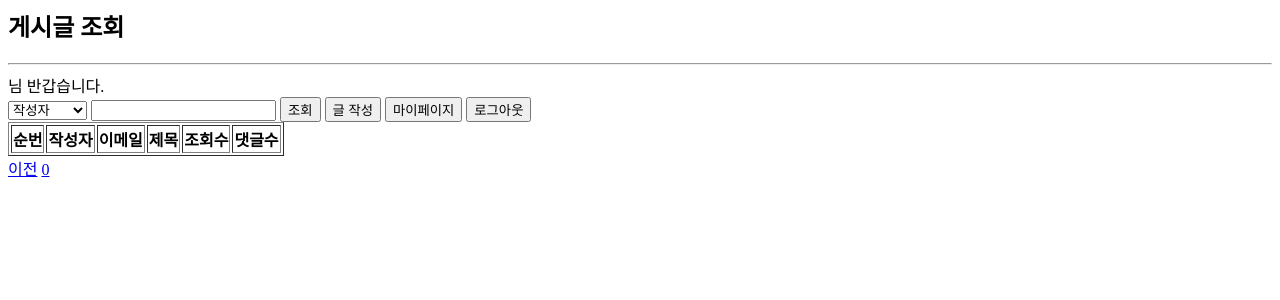
Repository: jso4603/202009_spring
Page: http://localhost/sp03_board_mysql/WEB-INF/views/board/list.jsp
An editor plug-in stored every save of this project. The page is shown before and after the next save, followed by the edit.
The browser window is 1280 px wide. The pictures show the whole page.
The page is served by Tomcat 9. Nobody is signed in. Other server files are loaded and not shown. The template is opened directly, without the code that normally fills it, so the values that code supplies are empty.

Above is the page before, as saved 2020-09-21 03:04:53.

### sp03_board_mysql/src/main/webapp/WEB-INF/views/board/list.jsp
<%@ page language="java" contentType="text/html; charset=UTF-8"
    pageEncoding="UTF-8"%>
<%@ include file="../include/includeFile.jsp" %>
<!DOCTYPE html>
<html>
<head>
<meta charset="UTF-8">
<title>게시글조회</title>
<script type="text/javascript">
	//document가 로딩 완료된후 함수 실행
	$(function() {
		//조회버튼 클릭
		$('#btnSearch').on('click', function(){
			var findKey = $('#findKey').val();
			var findValue = $('#findValue').val();
			console.log(findKey);
			console.log(findValue);
			$(location).attr('href',
					'${path}/board/list?findKey='+findKey+'&findValue='+findValue);
		});
		//추가 버튼 클릭
		$('#btnAdd').on('click', function() {
			$(location).attr('href','${path}/board/add');
		});
		//제목을 클릭
		$('.aSubject').on('click', function(e) {
			e.preventDefault(); //기본기능  소멸
			var bnum = $(this).attr('href');
			console.log(bnum);
			$(location).attr('href', '${path}/board/detail?bnum='+bnum);
		});

		//페이지를 클릭
		$('.aPage').on('click', function(e) {
			e.preventDefault(); //기본기능  소멸
			var curPage = $(this).attr('href');
			var findKey = $('#findKey').val();
			var findValue = $('#findValue').val();

			console.log(curPage);
			$(location).attr('href','${path}/board/list?curPage='+curPage+'&findKey='+findKey+'&findValue='+findValue);
		});

		//로그아웃 클릭
		$('#btnSessionDelete').on('click', function() {
			var result = confirm('로그아웃 하시겠습니까?');

			if(result){
				$(location).attr('href','${path}/board/sessionDelete');
			}

		});

		//마이페이지 클릭
		$('#btnMypage').on('click', function() {
			$(location).attr('href','${path}/member/modify');
		});
	});

</script>
</head>
<body>
	<h2>게시글 조회</h2>
	<hr>
	${sessionScope.userid} 님 반갑습니다.
	<div>
		<select id ="findKey">
			<option value="writer" <c:out value="${pdto.findKey=='writer'?'selected':''}" />>작성자</option>
			<option value="subject" <c:out value="${pdto.findKey=='subject'?'selected':''}" />>제목</option>
			<option value="content" <c:out value="${pdto.findKey=='content'?'selected':''}" />>내용</option>
			<option value="subcon" <c:out value="${pdto.findKey=='subcon'?'selected':''}" />>제목+내용</option>
		</select>
		<input type="text" id="findValue" value="${pdto.findValue}">
		<input id="btnSearch" type="button" value="조회">
		<input id="btnAdd" type="button" value="글 작성">
		<input id="btnMypage" type="button" value="마이페이지">
		<input id="btnSessionDelete" type="button" value="로그아웃">

	</div>
	<!-- 리스트 출력 -->
	<div>
		<table border="1">
			<tr>
				<th>순번</th>
				<th>작성자</th>
				<th>이메일</th>
				<th>제목</th>
				<th>조회수</th>
				<th>댓글수</th>
			</tr>

			<c:forEach var="board" items="${blist}">
				<tr>
					<td>${board.bnum}</td>
					<td>${board.writer}</td>
					<td>${board.email}</td>
					<td><a class="aSubject" href="${board.bnum}" >${board.subject}</a></td>
					<td>${board.readcnt}</td>
					<td>${board.replycnt}</td>
				</tr>
			</c:forEach>
		</table>
	</div>
	<!-- 페이징 처리 -->
	${pdto}
	<div>
		<c:if test="${pdto.startPage!=1}">
			<a class ="aPage" href="${pdto.startPage-1}">이전</a>
		</c:if>
		<c:forEach var="i" begin="${pdto.startPage}" end="${pdto.endPage}">
			<a class ="aPage" href="${i}"> ${i}</a>
		</c:forEach>
		<c:if test="${pdto.endPage < pdto.totPage}">
			<a class ="aPage" href="${pdto.endPage+1}">다음</a>
		</c:if>

	</div>

</body>
</html>

### sp03_board_mysql/src/main/webapp/WEB-INF/views/include/includeFile.jsp
<%@ page language="java" contentType="text/html; charset=UTF-8"
    pageEncoding="UTF-8"%>
<!-- jstl -->
<%@ taglib prefix="c" uri="http://java.sun.com/jsp/jstl/core" %>
<%@ taglib prefix="fmt" uri="http://java.sun.com/jsp/jstl/fmt" %>
<!-- context path -->
<c:set var="path" value="${pageContext.request.contextPath}"/>
<!-- jquery -->
<script src="${path}/resources/js/jquery-3.5.1.js"></script>
<!-- <script src="https://cdnjs.cloudflare.com/ajax/libs/jquery/3.5.1/jquery.js"></script> -->
<!-- css -->
<link rel="stylesheet" type="text/css" href="${path}/resources/css/style.css">

Loaded but not shown: sp03_board_mysql/src/main/webapp/resources/js/jquery-3.5.1.js (library); sp03_board_mysql/src/main/webapp/resources/css/style.css (common file)

After the next save:
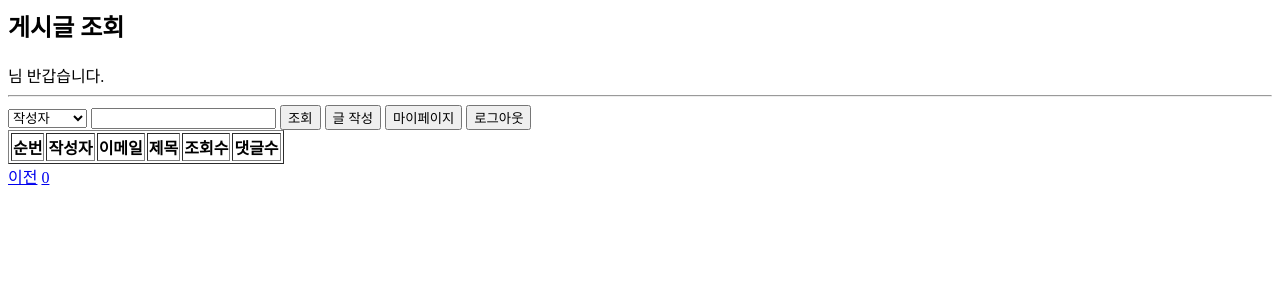
Saved 15 s later.
--- a/sp03_board_mysql/src/main/webapp/WEB-INF/views/board/list.jsp
+++ b/sp03_board_mysql/src/main/webapp/WEB-INF/views/board/list.jsp
@@ -61,8 +61,8 @@
 </head>
 <body>
 	<h2>게시글 조회</h2>
+	${sessionScope.userid} 님 반갑습니다.
 	<hr>
-	${sessionScope.userid} 님 반갑습니다.
 	<div>
 		<select id ="findKey">
 			<option value="writer" <c:out value="${pdto.findKey=='writer'?'selected':''}" />>작성자</option>

After the save that followed:
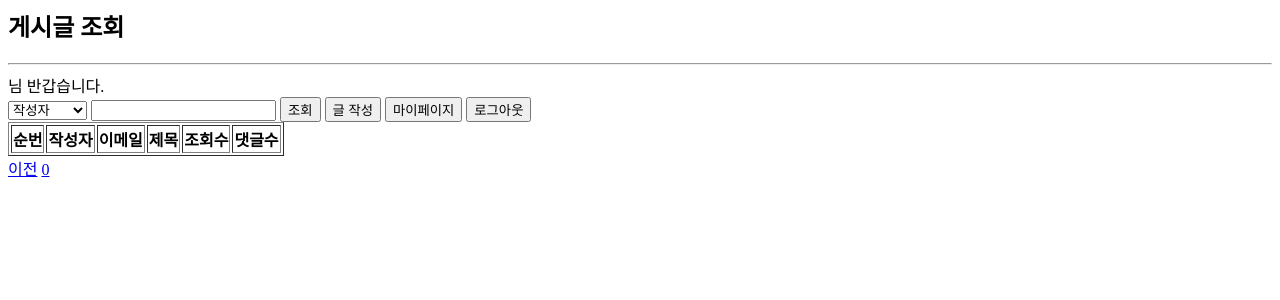
Saved 20 s later.
--- a/sp03_board_mysql/src/main/webapp/WEB-INF/views/board/list.jsp
+++ b/sp03_board_mysql/src/main/webapp/WEB-INF/views/board/list.jsp
@@ -61,8 +61,8 @@
 </head>
 <body>
 	<h2>게시글 조회</h2>
+	<hr>
 	${sessionScope.userid} 님 반갑습니다.
-	<hr>
 	<div>
 		<select id ="findKey">
 			<option value="writer" <c:out value="${pdto.findKey=='writer'?'selected':''}" />>작성자</option>
